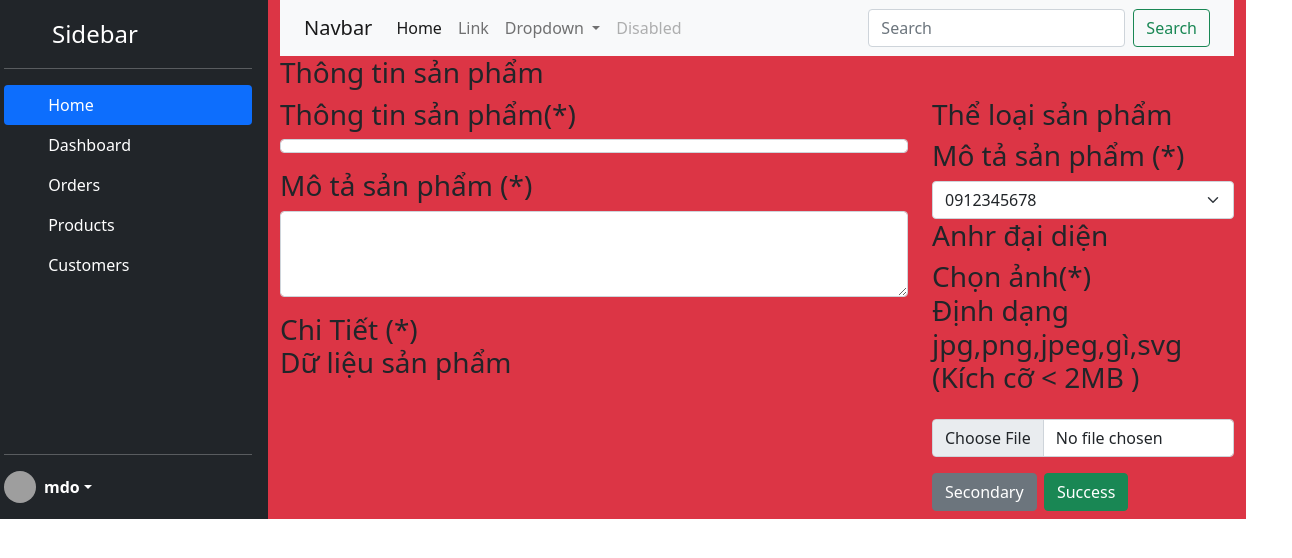
Repository: Lehuyhuynh/BT12-BOOTSTRAP
Page: index.html
The author's editor kept a copy of each file at every save. The page is drawn from the files as they stood at one save, then again after the next save.
The browser window is 1280 px wide. The page is 1292 px wide, so the pictures cover 1292 px, including what lies to the right of the window. The pictures show the whole page.
Pictures or frames that could not be fetched are drawn as grey boxes.

Above is the page before, as saved 2023-08-19 22:46:14.

### index.html
<!DOCTYPE html>
<html lang="en">
<head>
  <link href="https://cdn.jsdelivr.net/npm/bootstrap@5.1.3/dist/css/bootstrap.min.css" rel="stylesheet" integrity="sha384-1BmE4kWBq78iYhFldvKuhfTAU6auU8tT94WrHftjDbrCEXSU1oBoqyl2QvZ6jIW3" crossorigin="anonymous">
  <meta charset="UTF-8">
  <meta name="viewport" content="width=device-width, initial-scale=1.0">
  <title>BT2</title>
</head>
<body>
  <div class="row">
    <div class=" col-3 d-flex flex-column flex-shrink-0 p-3 text-white bg-dark rounded-lg" style="width: 280px;">
      <a href="/" class="d-flex align-items-center mb-3 mb-md-0 me-md-auto text-white text-decoration-none">
        <svg class="bi me-2" width="40" height="32"><use xlink:href="#bootstrap"></use></svg>
        <span class="fs-4">Sidebar</span>
      </a>
      <hr>
      <ul class="nav nav-pills flex-column mb-auto">
        <li class="nav-item">
          <a href="#" class="nav-link active" aria-current="page">
            <svg class="bi me-2" width="16" height="16"><use xlink:href="#home"></use></svg>
            Home
          </a>
        </li>
        <li>
          <a href="#" class="nav-link text-white">
            <svg class="bi me-2" width="16" height="16"><use xlink:href="#speedometer2"></use></svg>
            Dashboard
          </a>
        </li>
        <li>
          <a href="#" class="nav-link text-white">
            <svg class="bi me-2" width="16" height="16"><use xlink:href="#table"></use></svg>
            Orders
          </a>
        </li>
        <li>
          <a href="#" class="nav-link text-white">
            <svg class="bi me-2" width="16" height="16"><use xlink:href="#grid"></use></svg>
            Products
          </a>
        </li>
        <li>
          <a href="#" class="nav-link text-white">
            <svg class="bi me-2" width="16" height="16"><use xlink:href="#people-circle"></use></svg>
            Customers
          </a>
        </li>
      </ul>
      <hr>
      <div class="dropdown">
        <a href="#" class="d-flex align-items-center text-white text-decoration-none dropdown-toggle" id="dropdownUser1" data-bs-toggle="dropdown" aria-expanded="false">
          <img src="https://github.com/mdo.png" alt="" width="32" height="32" class="rounded-circle me-2">
          <strong>mdo</strong>
        </a>
        <ul class="dropdown-menu dropdown-menu-dark text-small shadow" aria-labelledby="dropdownUser1" style="">
          <li><a class="dropdown-item" href="#">New project...</a></li>
          <li><a class="dropdown-item" href="#">Settings</a></li>
          <li><a class="dropdown-item" href="#">Profile</a></li>
          <li><hr class="dropdown-divider"></li>
          <li><a class="dropdown-item" href="#">Sign out</a></li>
        </ul>
      </div>
    </div>
    <div class="main-content bg-danger col-9" >
      <nav class="navbar navbar-expand-lg navbar-light bg-light">
        <div class="container-fluid">
          <a class="navbar-brand" href="#">Navbar</a>
          <button class="navbar-toggler" type="button" data-bs-toggle="collapse" data-bs-target="#navbarSupportedContent" aria-controls="navbarSupportedContent" aria-expanded="false" aria-label="Toggle navigation">
            <span class="navbar-toggler-icon"></span>
          </button>
          <div class="collapse navbar-collapse" id="navbarSupportedContent">
            <ul class="navbar-nav me-auto mb-2 mb-lg-0">
              <li class="nav-item">
                <a class="nav-link active" aria-current="page" href="#">Home</a>
              </li>
              <li class="nav-item">
                <a class="nav-link" href="#">Link</a>
              </li>
              <li class="nav-item dropdown">
                <a class="nav-link dropdown-toggle" href="#" id="navbarDropdown" role="button" data-bs-toggle="dropdown" aria-expanded="false">
                  Dropdown
                </a>
                <ul class="dropdown-menu" aria-labelledby="navbarDropdown">
                  <li><a class="dropdown-item" href="#">Action</a></li>
                  <li><a class="dropdown-item" href="#">Another action</a></li>
                  <li><hr class="dropdown-divider"></li>
                  <li><a class="dropdown-item" href="#">Something else here</a></li>
                </ul>
              </li>
              <li class="nav-item">
                <a class="nav-link disabled" href="#" tabindex="-1" aria-disabled="true">Disabled</a>
              </li>
            </ul>
            <form class="d-flex">
              <input class="form-control me-2" type="search" placeholder="Search" aria-label="Search">
              <button class="btn btn-outline-success" type="submit">Search</button>
            </form>
          </div>
        </div>
      </nav>
      <div class="row">

        <h3>Thông tin sản phẩm<h3>

          <div class="row">
            <div class="more col-8">

              <div class="product">

                <div class="mb-3">
                  <label for="information" class="form-label">Thông tin sản phẩm(*)</label>
                  <table class="form-control" id="information" name="information" rows="3"></table>
                </div>

                <div class="mb-3">
                  <label for="exampleFormControlTextarea1" class="form-label">Mô tả sản phẩm (*)</label>
                  <textarea class="form-control" id="exampleFormControlTextarea1" rows="3"></textarea>
                </div>

                <span>Chi Tiết (*) </span><br>

              </div>

              <div class="data">

                <h3>Dữ liệu sản phẩm</h3>


              </div>

            </div>

            <div class="category col-4">

              <div class="cate">

              <h3>Thể loại sản phẩm</h3>



                <label for="cate" class="form-label">Mô tả sản phẩm (*)</label>

                <select id="cate" class="form-select" aria-label="Default select example">

                  <option value="1">0912345678</option>
                  <option value="2">0123456789</option>
                  <option value="3">1234567890</option>
                </select>

              </div>

              <div class="img">

                <h3>Anhr đại diện</h3>
                <div class="mb-3">
                  <label for="formFile" class="form-label">Chọn ảnh(*)
                    <p>Định dạng jpg,png,jpeg,gì,svg (Kích cỡ < 2MB )    </p>
                  </label>
                  <input class="form-control" type="file" id="formFile">
                </div>
              </div>

              <button type="button" class="btn btn-secondary">Secondary</button>
              <button type="button" class="btn btn-success">Success</button>
            </div>
          </div>






      </div>
    </div>


  </div>

  <script src="https://cdn.jsdelivr.net/npm/bootstrap@5.1.3/dist/js/bootstrap.bundle.min.js" integrity="sha384-ka7Sk0Gln4gmtz2MlQnikT1wXgYsOg+OMhuP+IlRH9sENBO0LRn5q+8nbTov4+1p" crossorigin="anonymous"></script>
</body>
</html>

After the next save:
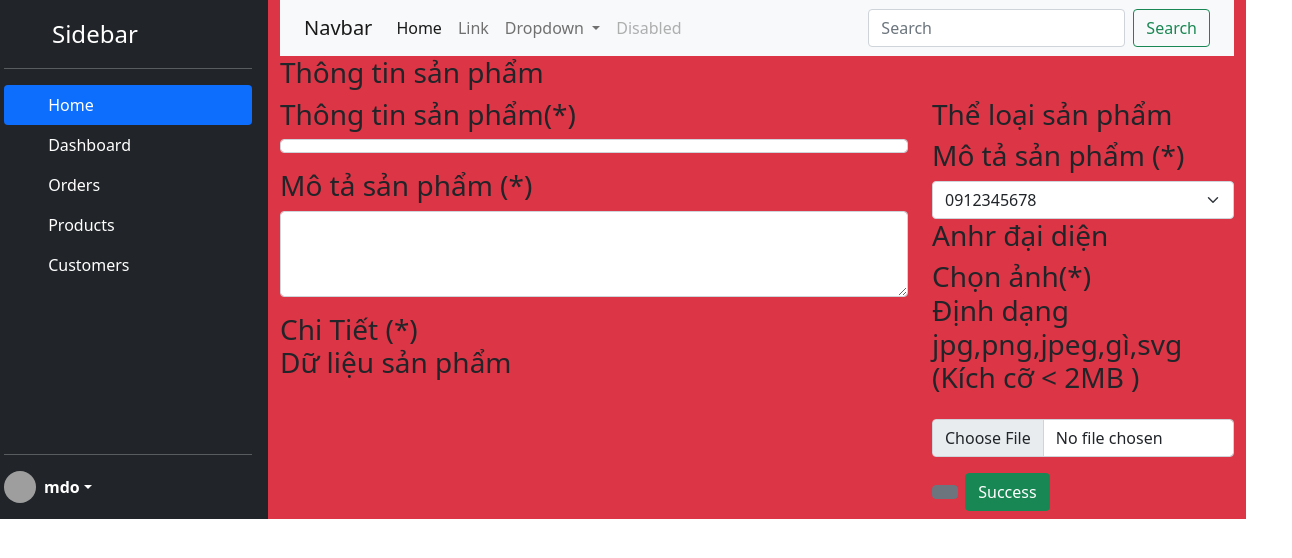
Saved 6 s later.
--- a/index.html
+++ b/index.html
@@ -160,7 +160,7 @@
                 </div>
               </div>
 
-              <button type="button" class="btn btn-secondary">Secondary</button>
+              <button type="button" class="btn btn-secondary"></button>
               <button type="button" class="btn btn-success">Success</button>
             </div>
           </div>
